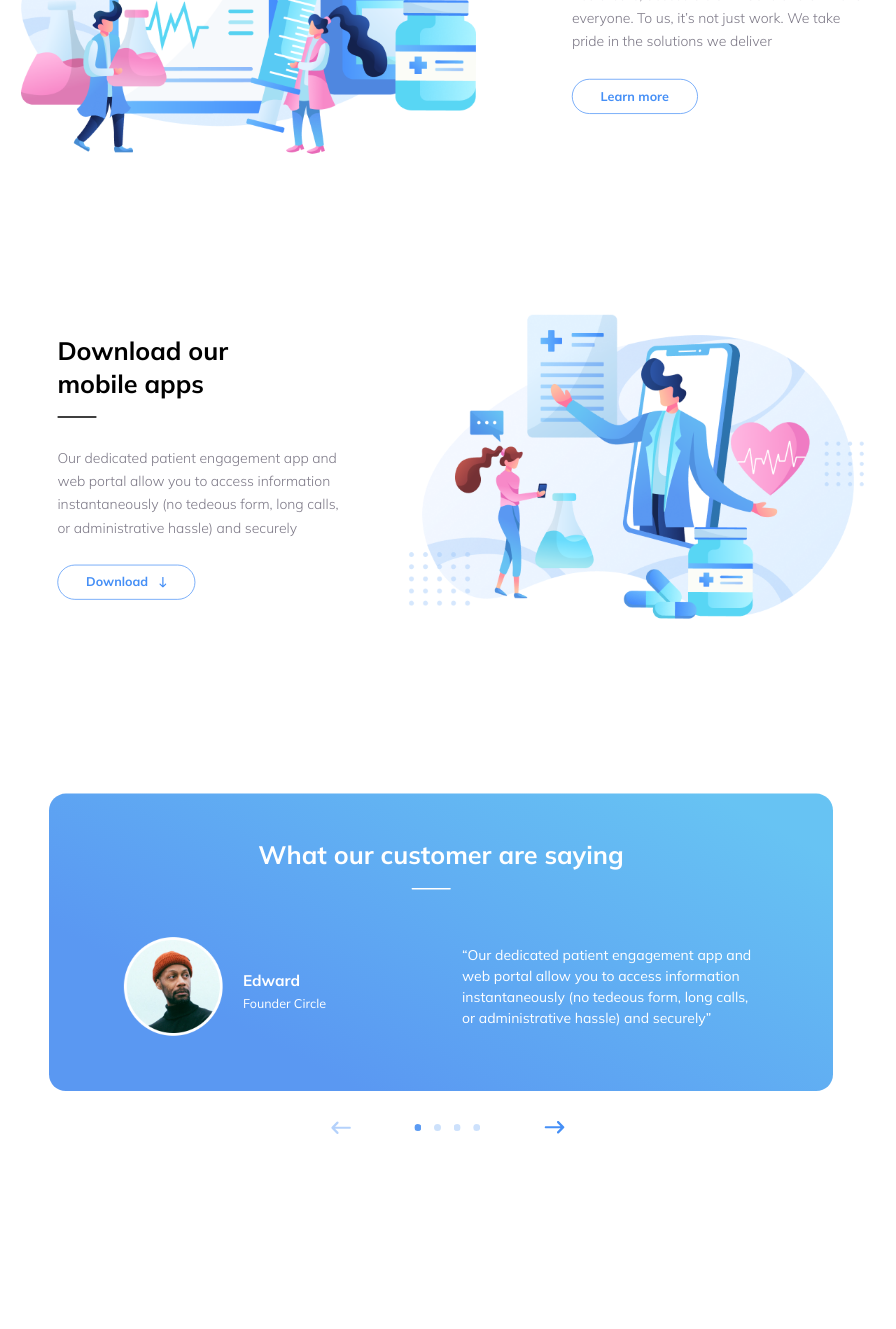
Repository: tungcutte35/Trafalgar
Page: index.html
These files come from the project's save history. The page is drawn as it stood at one moment and after the next save; the edit follows.
The browser window is 1280 px wide. The pictures show the part of the page from y = 2544 to 4464 px (the page is 4443 px tall before and 4464 px after), at 70% of full size.
The style sheet was rebuilt from its Sass, Less or Tailwind sources for each picture, by a compiler version that may differ from the author's.

Above is the page before, as saved 2021-10-19 15:43:53.

### index.html
<!DOCTYPE html>
<html lang="en">
<head>
  <meta charset="UTF-8">
  <meta http-equiv="X-UA-Compatible" content="IE=edge">
  <meta name="viewport" content="width=device-width, initial-scale=1.0">
  <title>Trafalgar</title>
  <link rel="stylesheet" href="./sass/css/app.css">
  <link rel="preconnect" href="https://fonts.googleapis.com">
  <link rel="preconnect" href="https://fonts.gstatic.com" crossorigin>
  <link href="https://fonts.googleapis.com/css2?family=Mulish:wght@300;400;700&display=swap" rel="stylesheet">
 <link rel="stylesheet" href="./font/fontawesome-free-5.15.4-web/css/all.min.css">
</head>
<body>
  <div class="wrapper">
    <header class="header">
    <div class="container">
      <div class="header-main">
        <img srcset="./Images/logo.png 2x" alt="" class="header-img">
        <ul class="menu">
          <li class="menu-item">
            <a href="#" class="menu-link menu-firsd">Home</a>
          </li>
          <li class="menu-item">
            <a href="#" class="menu-link">Find a doctor</a>
          </li>
          <li class="menu-item">
            <a href="#" class="menu-link">Apps</a>
          </li>
          <li class="menu-item">
            <a href="#" class="menu-link">Testimonials</a>
          </li>
          <li class="menu-item">
            <a href="#" class="menu-link">About us</a>
          </li>
          <li class="menu-log">
            <a href="#" class="button button--outline ">Login</a>
          </li>
          <li class="menu-log">
            <a href="#" class="button button--primary ">Logup</a>
          </li>
        </ul>
      </div>
    </div>
    </header>
    <section class="virtual">
      <div class="container">
        <div class="virtual-main">
          <div class="virtual-firsd">
            <h2 class="virtual-heading">Virtual
              for you</h2>
            <p class="text virtual-content">Trafalgar provides progressive, and affordable healthcare, accessible on mobile and online for everyone</p>
            <a href="#" class="button button--primary">Consult today</a>
          </div>
          <div class="virtual-img">
            <img srcset="./Images/img1.png 2x" alt="" class="virtual-imgs">
          </div>
        </div>
      </div>
    </section>
    <secction class="sevices">
      <div class="container">
        <div class="sevices-header">
          <h3 class="heading sevices-heading">Our services</h3>
          <p class="text sevices-content">We provide to you the best choiches for you. Adjust it to your health needs and make sure your undergo treatment with our highly qualified doctors you can consult with us which type of service is suitable for your health</p>
        </div>
        <div class="sevices-main">
          <div class="sevices-item">
            <div class="sevices-price">
            <img class="sevices-img" srcset="./Images/icon1.png 2x" alt="">
            </div>
            <h4 class="heading sevices-title">Search doctor</h4>
            <p class="text sevices-desc">Choose your doctor from thousands of specialist, general, and trusted hospitals</p>
          </div>
          <div class="sevices-item">
            <div class="sevices-price">
            <img class="sevices-img" srcset="./Images/icon2.png 2x" alt="">
            </div>
            <h4 class="heading sevices-title">Online pharmacy</h4>
            <p class="sevices-desc">Buy  your medicines with our mobile application with a simple delivery system</p>
          </div>
          <div class="sevices-item">
            <div class="sevices-price">
            <img class="text sevices-img" srcset="./Images/icon3.png 2x" alt="">
            </div>
            <h4 class="heading sevices-title">Consultation</h4>
            <p class="sevices-desc">Free consultation with our trusted doctors and get the best recomendations</p>
          </div>
          <div class="sevices-item">
            <div class="sevices-price">
            <img class="sevices-img" srcset="./Images/icon4.png 2x" alt="">
            </div>
            <h4 class="heading sevices-title">Details info</h4>
            <p class="text sevices-desc">Free consultation with our trusted doctors and get the best recomendations</p>
          </div>
          <div class="sevices-item">
            <div class="sevices-price">
            <img class="sevices-img" srcset="./Images/icon5.png 2x" alt="">
            </div>
            <h4 class="heading sevices-title">Emergency care</h4>
            <p class="text sevices-desc">You can get 24/7 urgent care for yourself or your children and your lovely family</p>
          </div>
          <div class="sevices-item">
            <div class="sevices-price">
            <img class="sevices-img" srcset="./Images/icon6.png 2x" alt="">
            </div>
            <h4 class="heading sevices-title">Tracking</h4>
            <p class="text sevices-desc">Track and save your medical history and health data </p>
          </div>
        </div>
        <a href="" class="button button--outline sevices-more">Learn more</a>
      </div>
    </secction>
    <section class="lead">
      <div class="container">
        <div class="lead-main">
          <div class="lead-img">
            <img srcset="./Images/img2.png 2x" alt="">
          </div>
          <div class="lead-firsd">
            <h3 class="heading lead-heading">
              Leading healthcare providers
            </h3>
          <div class="lead-title">
            <p class="text lead-content">
              Trafalgar provides progressive, and affordable healthcare, accessible on mobile and online for everyone. To us, it’s not just work. We take pride in the solutions we deliver
            </p>
          </div>
            <a href="#" class="button button--outline">Learn more</a>
          </div>


        </div>
      </div>
    </section>
    <section class="download">
      <div class="container">
        <div class="download-main">
          <div class="dowload-firds">
            <h3 class="heading download-heading">
              Download our mobile apps
            </h3>
            <p class="text download-content">
              Our dedicated patient engagement app and web portal allow you to access information instantaneously (no tedeous form, long calls, or administrative hassle) and securely
            </p>
            <a href="#" class="button button--outline">
              <span>Download</span>
              <img class="download-icon" src="./Images/Bottom.svg" alt="">
            </a>
          </div>
          <img srcset="./Images/img3.png 2x" alt="" class="download-img">
        </div>
      </div>
    </section>
    <section class="customer">
      <div class="container">
        <div class="customer-main">
          <div class="customer-firds">
            <h3 class="heading customer-heading">
              What our customer are saying
            </h3>
          </div>
          <div class="customer-seconds">
            <div class="customer-highlight">
              <img class="customer-img" srcset="./Images/avt.png 2x" alt="">
              <div class="customer-name">
                <p class="heading customer-name-firsd">Edward</p>
                <p class="customer-name-seconds">
                  Founder Circle
                </p>
              </div>
            </div>
            <div class="customer-contents">
              <p class="customer-content">
                “Our dedicated patient engagement app and web portal allow you to access information instantaneously (no tedeous form, long calls, or administrative hassle) and securely”
              </p>
            </div>
          </div>
        </div>
        <div class="customer-toolbar">
         <div class="customer-left">
          <img src="./Images/Left.svg " alt="" class="img-left">
         </div>
         <ul class="customer-list">
           <li class="customer-item">
             <img src="./Images/dots.svg " alt="">
           </li>
           <li class="customer-item">
            <img src="./Images/dots-opa.svg " alt="">
          </li>
          <li class="customer-item">
            <img src="./Images/dots-opa.svg " alt="">
          </li>
          <li class="customer-item">
            <img src="./Images/dots-opa.svg " alt="">
          </li>
         </ul>
         <div class="customer-right">
          <img src="./Images/Right.svg " alt="" class="img-left">
         </div>
        </div>
      </div>
    </section>
  </div>
<!-- sass app.scss css/app.css --watch -->

</body>
</html>

### sass/app.scss
@import "reset";
@import "variables";
@import "global";
@import "header";
@import "./menu";
@import "./virtual";
@import "./sevices";
@import "./lead";
@import "./download";
@import "./customer";

### sass/_variables.scss
$font: "Mulish", sans-serif;
$gray: #1f1534;
$heading-color: #000000;
$primary-color: #458ff6;
$footer-color: #fff;
$text-color: #7d7987;

### sass/_global.scss
.wrapper {
  max-width: 1600px;
  margin: 0 auto;
}
.container {
  max-width: 1260px;
  margin: 0 auto;
  padding: 0 20px;
}
body {
  font-family: $font;
  line-height: 1;
  font-size: 16px;
  color: $gray;
}
ul {
  list-style-type: none;
}
.button {
  display: inline-flex;
  justify-content: center;
  align-items: center;
  font-size: 18px;
  font-weight: 700;
  height: 50px;
  padding: 0 40px;
  border-radius: 55px;
  background-color: transparent;
  border: 0;
  outline: none;
  cursor: pointer;
  &--primary {
    color: #fff;
    background-color: $primary-color;
  }
  &--outline {
    color: $primary-color;
    border: 1.4px solid $primary-color;
  }
}
.heading {
  color: black;
  font-weight: 700;
}
.text {
  font-size: 18px;
  font-weight: 300;
  color: $text-color;
  line-height: calc(30 / 18);
}

### sass/_header.scss
.header {
  padding-top: 56px;
  margin-bottom: 70px;
  &-main {
    display: flex;
    justify-content: space-between;
    align-items: center;
  }
  &-log {
    display: flex;
    justify-content: space-between;
    align-items: center;
    gap: 0 40px;
  }
}

### sass/_menu.scss
.menu {
  display: flex;
  align-items: center;
  gap: 0 30px;
  &-link {
    color: #8f8a9a;
    font-size: 18px;
  }
  &-firsd {
    color: $gray;
    font-weight: 700;
  }
  &-link:after {
    display: block;
    content: "";
    border-bottom: solid 2px $primary-color;
    transform: scaleX(0);
    transition: transform 250ms ease-in-out;
  }
  &-link:hover:after {
    transform: scaleX(1);
  }
  &-link:hover {
    color: $primary-color;
  }
}

### sass/_virtual.scss
.virtual {
  margin-bottom: 175px;
  &-main {
    display: flex;
    justify-content: space-between;
    align-items: center;
  }
  &-firsd {
    width: 100%;
    max-width: 445px;
    padding-right: 2px;
  }
  &-heading {
    font-size: 48px;
    width: 100%;
    max-width: 197px;
    line-height: calc(56 / 48);
    margin-bottom: 25px;
  }
  &-content {
    font-size: 21px;
    font-weight: 300;
    line-height: calc(32 / 21);
    margin-bottom: 45px;
  }
}

### sass/_sevices.scss
.sevices {
  &-header {
    max-width: 952px;
    margin: 0 auto 35px;
    text-align: center;
  }
  &-heading {
    font-size: 36px;
    line-height: calc(56 / 36);
    position: relative;
    &::after {
      content: "";
      position: absolute;
      bottom: -23px;
      left: 47%;
      width: 56px;
      height: 2px;
      background-color: black;
    }
  }
  &-content {
    display: flex;
    align-items: center;
    justify-content: center;
    margin-top: 50px;
  }
  &-main {
    display: grid;
    grid-template-columns: repeat(3, 1fr);
    grid-gap: 37px 34px;
    max-width: 1120px;
    margin: 35px 40px;
    position: relative;
  }
  &-item {
    height: 350px;
    background-color: #fff;
    border-radius: 20px;
    box-shadow: 10px 40px 50px rgba(229, 233, 246, 0.4);
  }
  &-img {
    padding: 54px 0 23px 37px;
  }
  &-title {
    font-size: 24px;
    padding: 0 0 1px 38px;
  }
  &-desc {
    font-size: 16px;
    font-weight: 300;
    line-height: calc(28 / 16);
    max-width: 266px;
    margin-left: 38px;
  }
  &-price {
    height: 170px;
    width: auto;
  }
  &-more {
    margin: 125px 0 190px 0;
    margin-left: 42%;
  }
}

### sass/_lead.scss
.lead {
  margin-bottom: 230px;
  &-main {
    display: flex;
    justify-content: space-between;
    align-items: center;
    gap: 0 137px;
  }
  &-img {
    width: 100%;
    max-width: 650px;
  }
  &-firsd {
    max-width: 486px;
    margin-top: -30px;
  }
  &-heading {
    font-size: 36px;
    line-height: calc(56 / 36);
    margin-bottom: 60px;
    position: relative;

    &::after {
      content: "";
      position: absolute;
      width: 56px;
      height: 2px;
      bottom: -26px;
      left: 0;
      border-radius: 10px;
      background-color: black;
    }
  }
  &-content {
    max-width: 430px;
    height: auto;
    font-size: 20px;
    line-height: calc(30 / 18);
    margin-bottom: 37px;
  }
}

### sass/_download.scss
.download {
  margin-bottom: 250px;
  margin-left: 62px;
  &-main {
    display: flex;
    justify-content: space-between;
    align-items: center;
    gap: 0 71px;
    width: 100%;
    max-width: 1156px;
    position: relative;
  }
  &-firsd {
    max-width: 420px;
    padding-left: 145px;
  }
  &-heading {
    max-width: 254px;
    font-size: 36px;
    line-height: calc(47 / 36);
    padding-bottom: 66px;
    position: relative;
    &::after {
      content: "";
      position: absolute;
      width: 56px;
      height: 2px;
      bottom: 40px;
      left: 0;
      border-radius: 6px;
      background-color: black;
    }
  }
  &-content {
    max-width: 410px;
    font-size: 20px;
    line-height: calc(30 / 18);
    margin-bottom: 37px;
  }
  &-icon {
    padding-left: 15px;
  }
}

### sass/_customer.scss
.customer {
  margin-bottom: 278px;
  &-main {
    max-width: 1120px;
    margin-left: 40px;
    background: linear-gradient(208.18deg, #67c3f3 9.05%, #5a98f2 76.74%);
    border-radius: 24px;
    margin-bottom: 42px;
  }
  &-firds {
    display: flex;
    align-items: center;
    justify-content: center;
  }
  &-heading {
    max-width: 522px;
    font-size: 36px;
    color: white;
    line-height: calc(48 / 36);
    margin-top: 64px;
    position: relative;
    margin-bottom: 93px;
    &::after {
      content: "";
      position: absolute;
      bottom: -25px;
      left: 42%;
      width: 56px;
      height: 2px;
      background-color: white;
      border-radius: 6px;
    }
  }
  &-seconds {
    display: flex;
    justify-content: space-between;
    align-items: center;
    gap: 0 175px;
    margin-left: 192px;
  }
  &-img {
    max-width: 141px;
    height: 141px;
  }
  &-highlight {
    max-width: 119px;
    display: flex;
    align-items: center;
    justify-content: center;
    gap: 0 29px;
    margin-bottom: 79px;
  }

  &-name-firsd {
    font-size: 22px;
    line-height: calc(48 / 22);
    color: white;
  }
  &-name-seconds {
    font-size: 18px;
    font: 400px;
    color: white;
    width: 119px;
  }
  &-content {
    width: 100%;
    max-width: 420px;
    font-size: 20px;
    line-height: calc(30 / 20);
    color: white;
    margin-bottom: 79px;
    margin-right: 110px;
  }
  &-toolbar {
    display: flex;
    align-items: center;
    justify-content: center;
    gap: 0 90px;
  }
  &-list {
    display: flex;
    align-items: center;
    gap: 0 18px;
  }
  &-item {
    height: 10px;
    width: 10px;
  }
  &-left {
    opacity: 0.4;
  }
}

Loaded but not shown: font/fontawesome-free-5.15.4-web/css/all.min.css (library); sass/_reset.scss (common file)

After the next save:
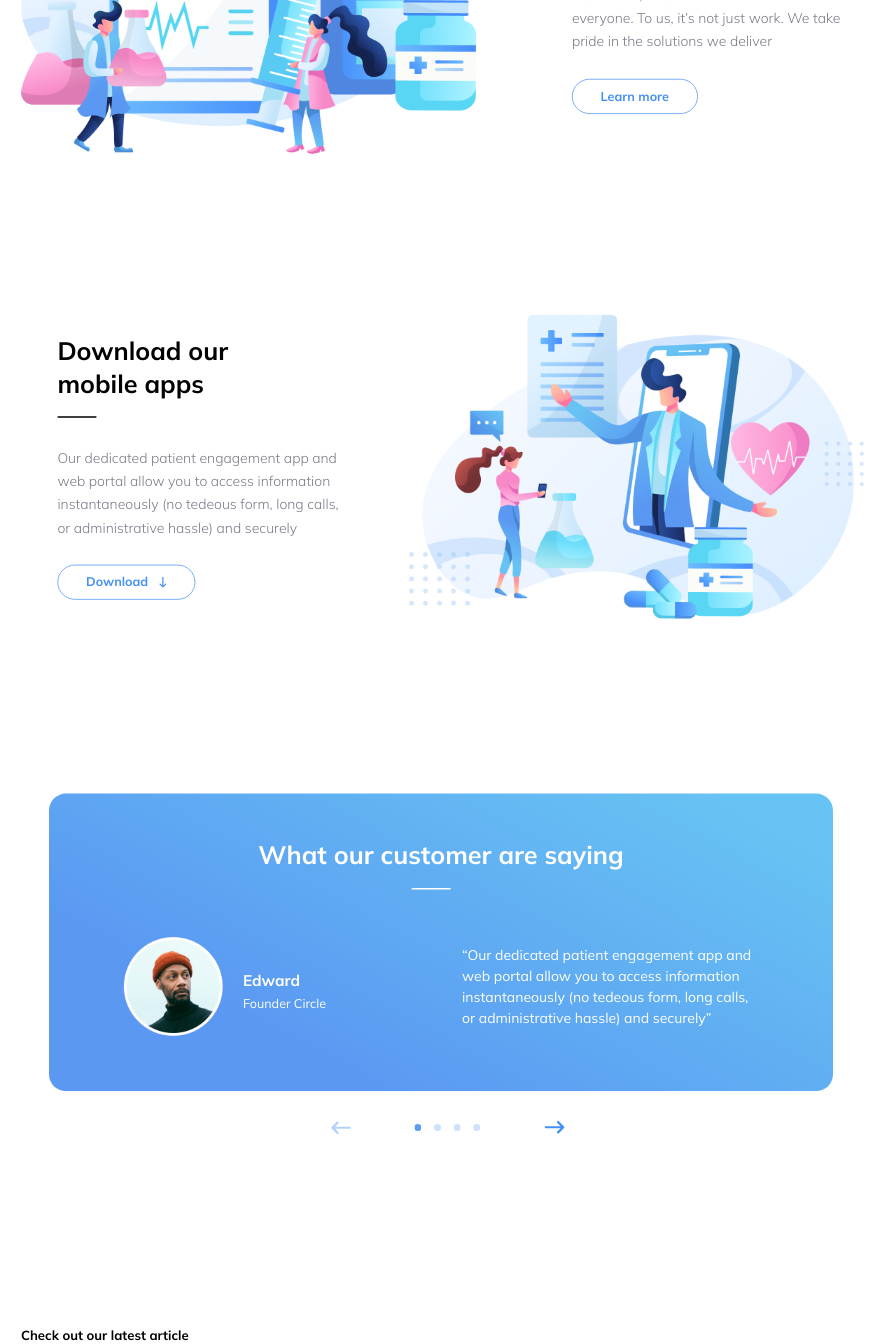
Saved 107 s later.
--- a/index.html
+++ b/index.html
@@ -201,6 +201,15 @@
         </div>
       </div>
     </section>
+    <section class="checkout">
+      <div class="container">
+        <div class="checkout-main">
+          <div class="checkout-header">
+            <h3 class="checkout-heaing heading">Check out our latest article</h3>
+          </div>
+        </div>
+      </div>
+    </section>
   </div>
 <!-- sass app.scss css/app.css --watch -->
 
